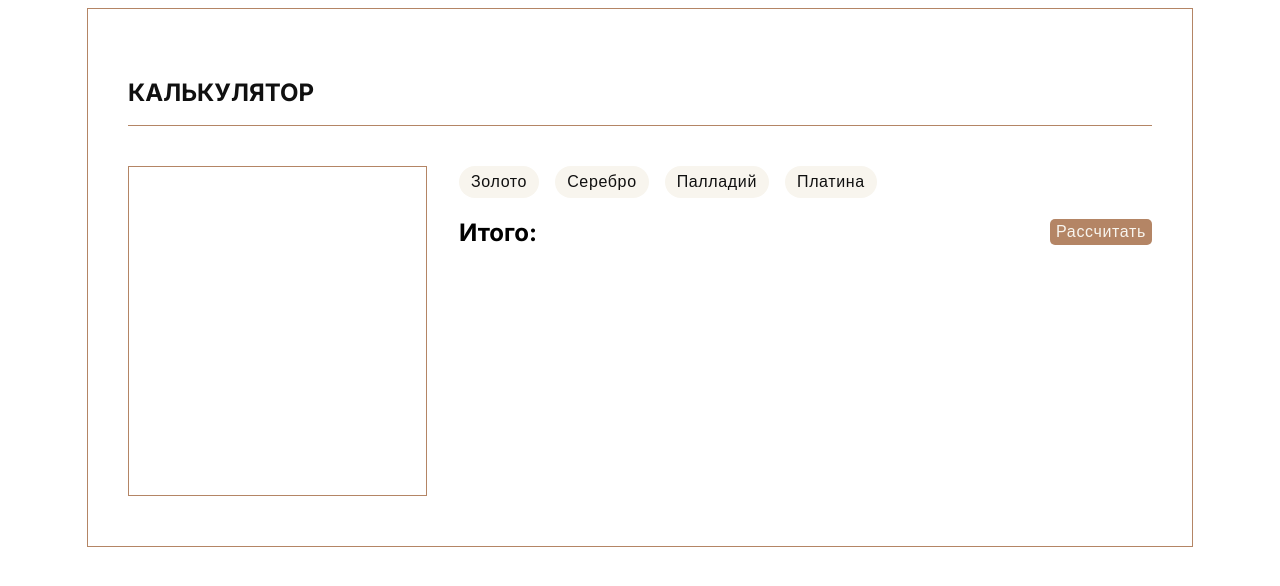
Repository: Kirill2034/Calculator-metal
Page: /
An editor plug-in stored every save of this project. The page is shown before and after the next save, followed by the edit.
The browser window is 1280 px wide. The pictures show the whole page.
The project was rebuilt for these pictures with package versions that can differ from the ones it lists, and the page was loaded fresh each time.

Above is the page before, as saved 2021-11-27 18:40:00.

After the next save:
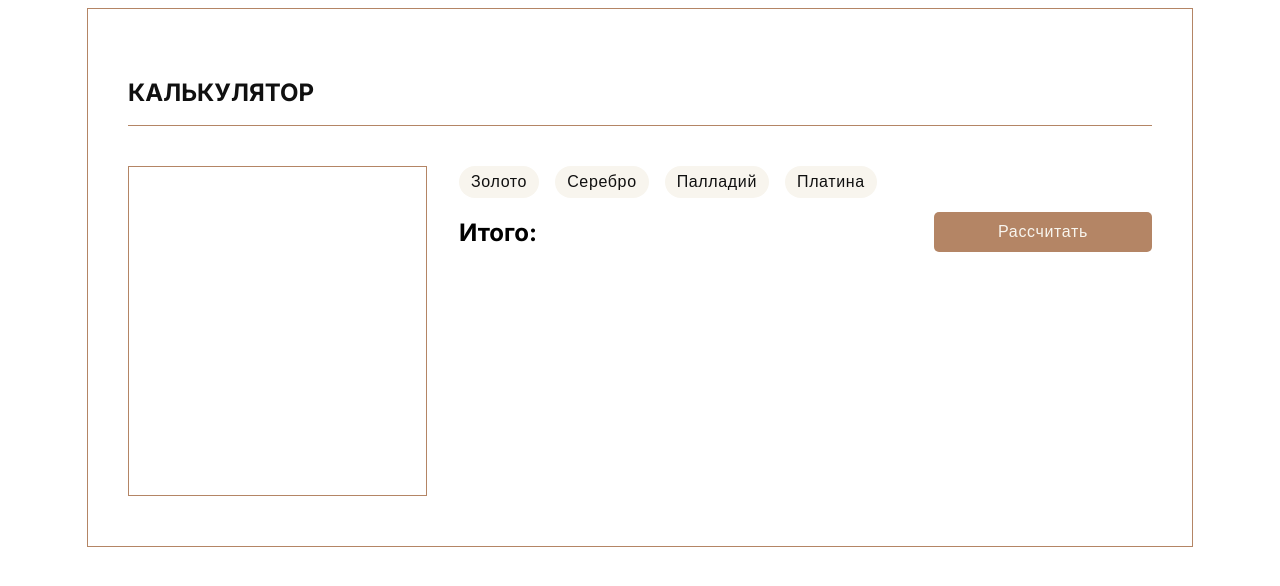
Saved 17 s later.
--- a/src/App.css
+++ b/src/App.css
@@ -5,4 +5,4 @@
 .App .calculator .metal-image {width: 30%; height: 328px; border: 1px solid #B48565; margin-right: 32px;}
 .App .calculator .content {width: 70%;}
 .App .calculator .calculate {display: flex; align-items: center; justify-content: space-between}
-.App .calculator .calculate button {border: none; box-shadow: none; outline: none; background: #B48565; border-radius: 5px; font-weight: normal; font-size: 16px; line-height: 24px; letter-spacing: 0.04em; color: #F8F5EE;}
+.App .calculator .calculate button {border: none; box-shadow: none; outline: none; background: #B48565; border-radius: 5px; font-weight: normal; font-size: 16px; line-height: 24px; letter-spacing: 0.04em; color: #F8F5EE; padding: 8px 64px;}
